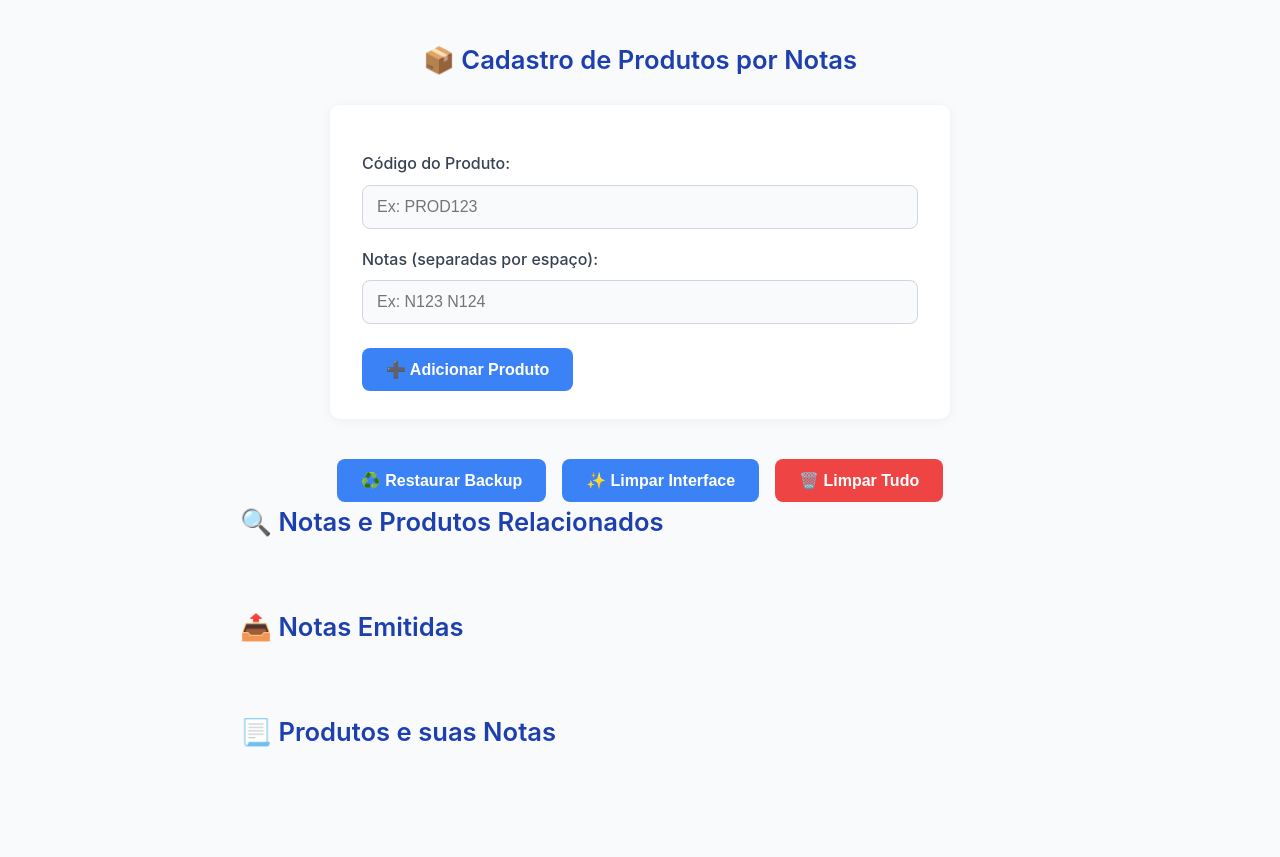
Repository: meiotera/cadastroNotasProdutos
Page: index.html
An editor plug-in stored every save of this project. The page is shown before and after the next save, followed by the edit.
The browser window is 1280 px wide. The pictures show the whole page.

Above is the page before, as saved 2025-06-11 17:56:07.

After the next save:
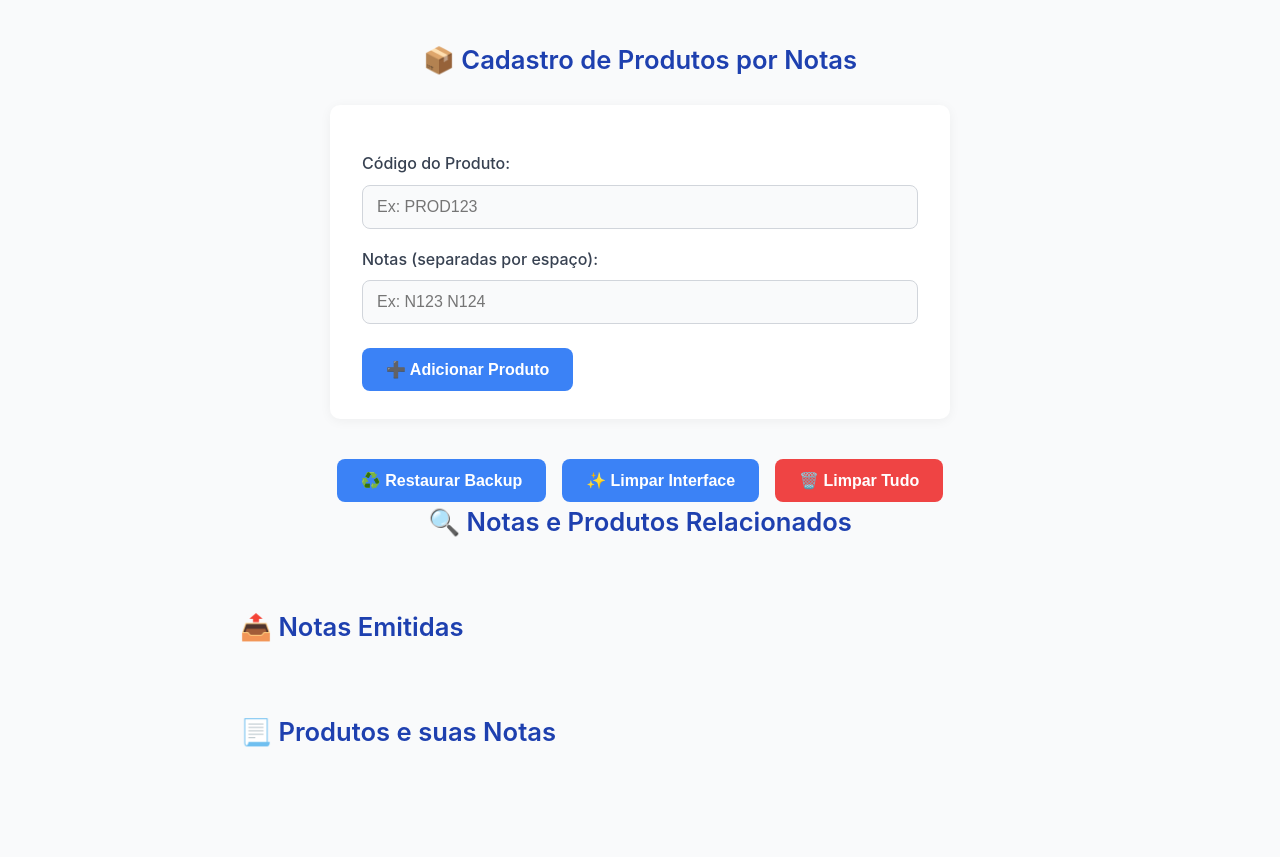
Saved 64 s later.
--- a/index.html
+++ b/index.html
@@ -28,8 +28,8 @@
       <button id="limparDados" class="limpar-btn">🗑️ Limpar Tudo</button>
     </div>
 
+    <h2>🔍 Notas e Produtos Relacionados</h2>
     <div id="notasProdutos">
-      <h2>🔍 Notas e Produtos Relacionados</h2>
     </div>
 
     <div id="notasEmitidas">
